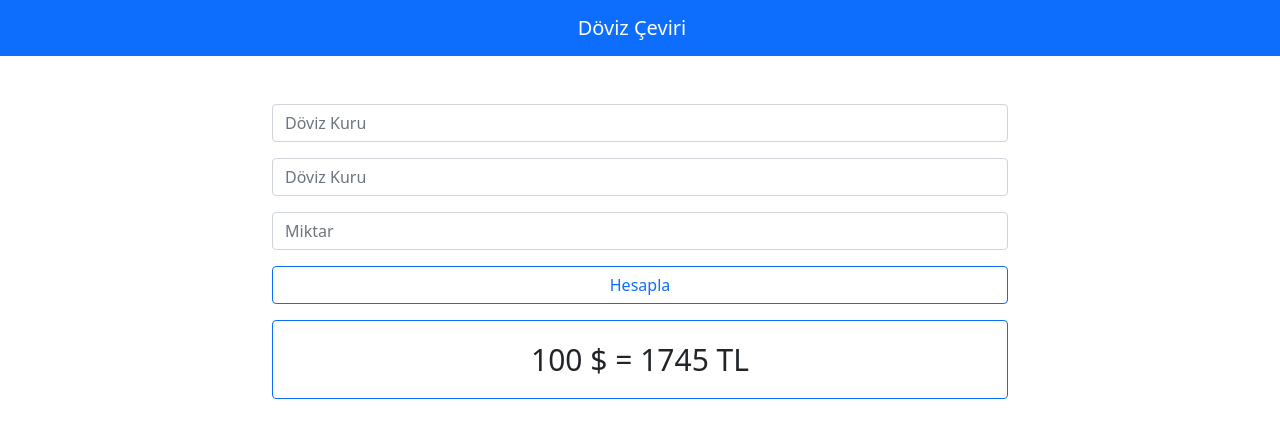
Repository: sevilgenysf/doviz-ceviri
Page: index.html
These files come from the project's save history. The page is drawn as it stood at one moment and after the next save; the edit follows.
The browser window is 1280 px wide. The pictures show the whole page.

Above is the page before, as saved 2023-03-27 11:45:03.

### index.html
<!DOCTYPE html>
<html lang="tr">

<head>
	<meta charset="UTF-8">
	<meta http-equiv="X-UA-Compatible" content="IE=edge">
	<meta name="viewport" content="width=device-width, initial-scale=1.0">
	<link href="https://cdn.jsdelivr.net/npm/bootstrap@5.1.3/dist/css/bootstrap.min.css" rel="stylesheet">
	<title>Document</title>
</head>

<body>

	<nav class="navbar navbar-dark bg-primary">
		<div class="container justify-content-center">
			<a href="" class="navbar-brand">Döviz Çeviri</a>
		</div>
	</nav>

	<div class="container my-5">
		<div class="row justify-content-center">
			<div class="col-md-8">
				<div class="mb-3">
					<input type="text" class="form-control" id="currency_one" list="list_one" placeholder="Döviz Kuru">
					<datalist id="list_one"></datalist>
				</div>
				<div class="mb-3">
					<input type="text" class="form-control" id="currency_two" list="list_two" placeholder="Döviz Kuru">
					<datalist id="list_two"></datalist>
				</div>
				<div class="mb-3">
					<input type="number" id="amount" class="form-control" placeholder="Miktar">
				</div>
				<button class="btn btn-outline-primary w-100 mb-3" id="calculate">Hesapla</button>
				<div id="result">
					<div class="card border-primary">
						<div class="card-body text-center" style="font-size:30px;">
							100 $ = 1745 TL
						</div>
					</div>
				</div>
			</div>
		</div>
	</div>

	<script src="app.js"></script>
</body>

</html>

### app.js
const api_key = 'd4787388e4ef26f9ab535988 ';
const url = 'https://v6.exchangerate-api.com/v6/' + api_key;

After the next save:
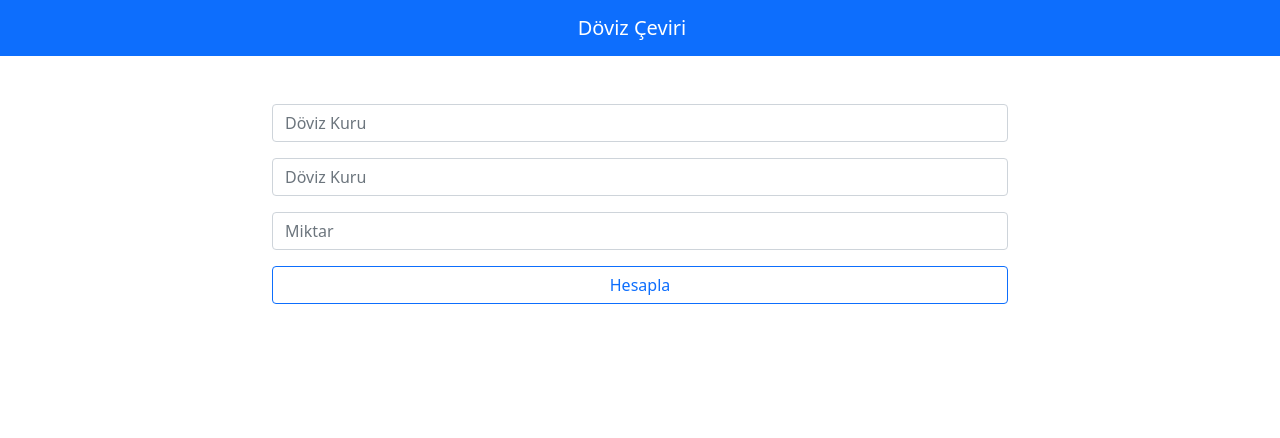
Saved 73 min 27 s later.
--- a/index.html
+++ b/index.html
@@ -33,11 +33,11 @@
 				</div>
 				<button class="btn btn-outline-primary w-100 mb-3" id="calculate">Hesapla</button>
 				<div id="result">
-					<div class="card border-primary">
+					<!-- <div class="card border-primary">
 						<div class="card-body text-center" style="font-size:30px;">
 							100 $ = 1745 TL
 						</div>
-					</div>
+					</div> -->
 				</div>
 			</div>
 		</div>
